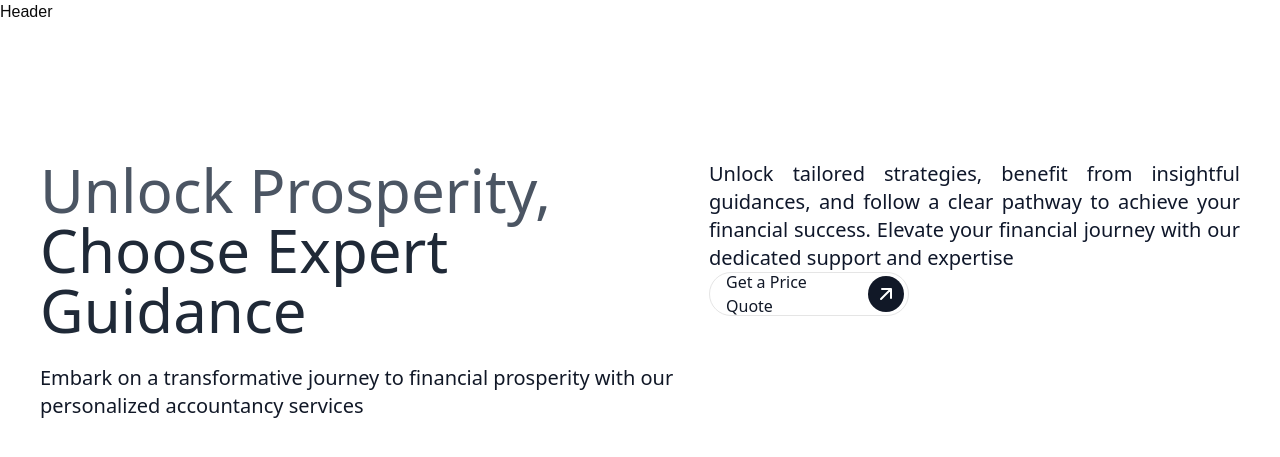
Repository: vespersolutionspk18/integrast-website
Page: /
The author's editor kept a copy of each file at every save. The page is drawn from the files as they stood at one save, then again after the next save.
The browser window is 1280 px wide. The pictures show the whole page.
The project was rebuilt for these pictures with package versions that can differ from the ones it lists, and the page was loaded fresh each time. The framework's server and built-in components were replaced by stand-ins that run in the browser. Also part of the build but not shown: next.config.ts.

Above is the page before, as saved 2024-12-09 14:52:04.

After the next save:
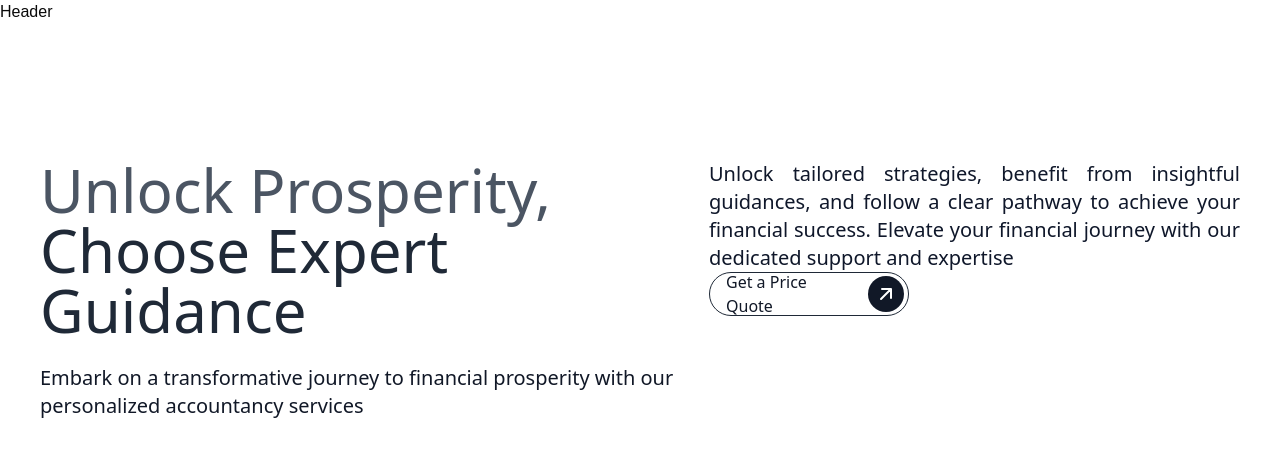
Saved 12 s later.
--- a/app/Hero.tsx
+++ b/app/Hero.tsx
@@ -12,7 +12,7 @@ const Hero = () => {
                 <h4 className="text-xl text-justify font-sans text-slate-900">Unlock tailored strategies, benefit from insightful guidances, and follow a clear pathway to achieve your financial success. Elevate your financial journey with our dedicated support and expertise</h4>
                 <div className="flex flex-row gap-5">
                 <div id="button"
-  className="group  bg-white h-[44px] flex-row border-[1px] text-gray-900 text-[16px] py-1 px-1 font-light rounded-full hidden md:flex items-center justify-between w-[200px] transition-width duration-500 ease-in-out  hover:w-[225px] "
+  className="group  bg-white h-[44px] flex-row border-[1px] border-gray-800 text-gray-900 text-[16px] py-1 px-1 font-light rounded-full hidden md:flex items-center justify-between w-[200px] transition-width duration-500 ease-in-out  hover:w-[225px] "
 
 >
   <div className="mx-3 font-sans font-regular">Get a Price Quote</div>
